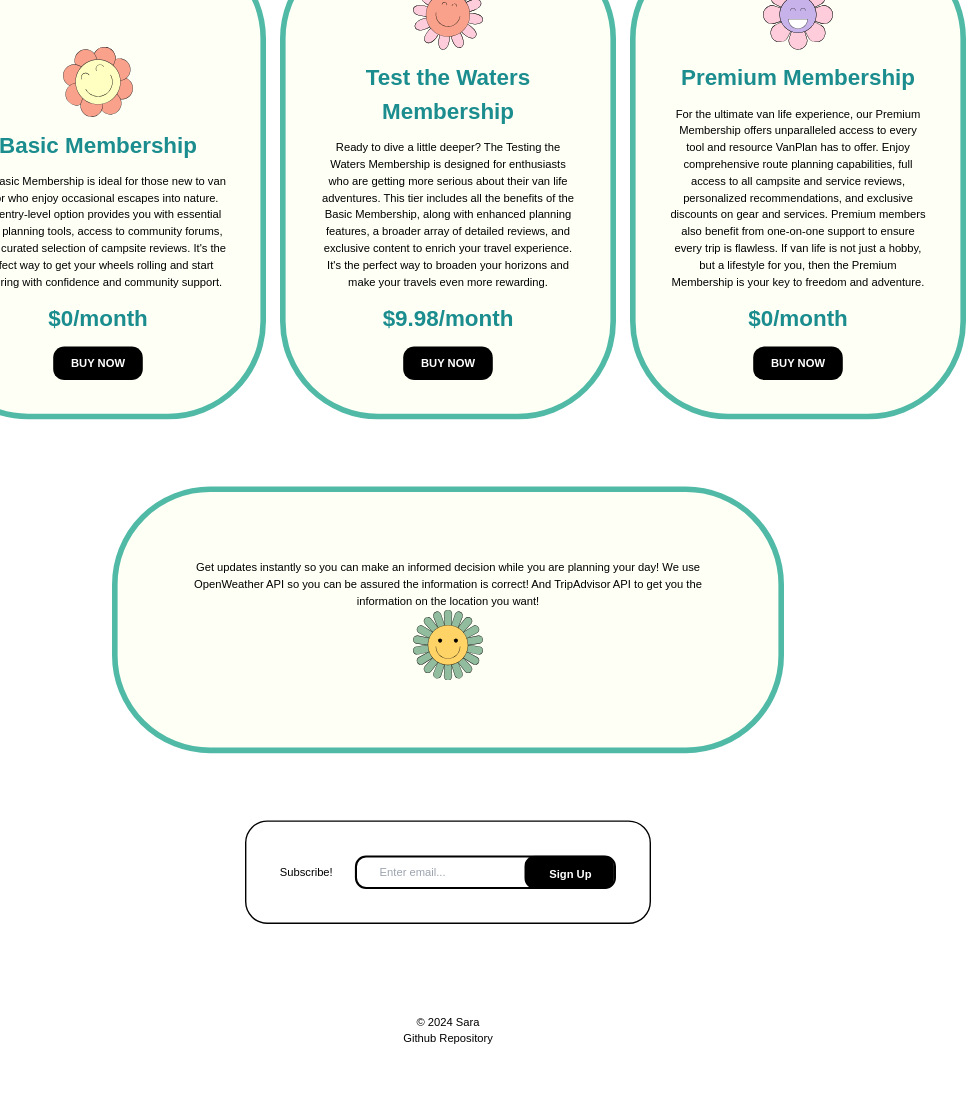
Repository: SaraShio/landing-page
Page: /
These files come from the project's save history. The page is drawn as it stood at one moment and after a run of saves; the edit follows.
The browser window is 1280 px wide. The page is 1380 px wide, so the pictures cover 1380 px, including what lies to the right of the window. The pictures show the part of the page from y = 960 to 2720 px (the page is 2552 px tall before and 2720 px after), at 70% of full size.
The project was rebuilt for these pictures with package versions that can differ from the ones it lists, and the page was loaded fresh each time. The framework's server and built-in components were replaced by stand-ins that run in the browser. Also part of the build but not shown: next.config.mjs.

Above is the page before, as saved 2024-03-08 22:20:49.

After the next 5 saves:
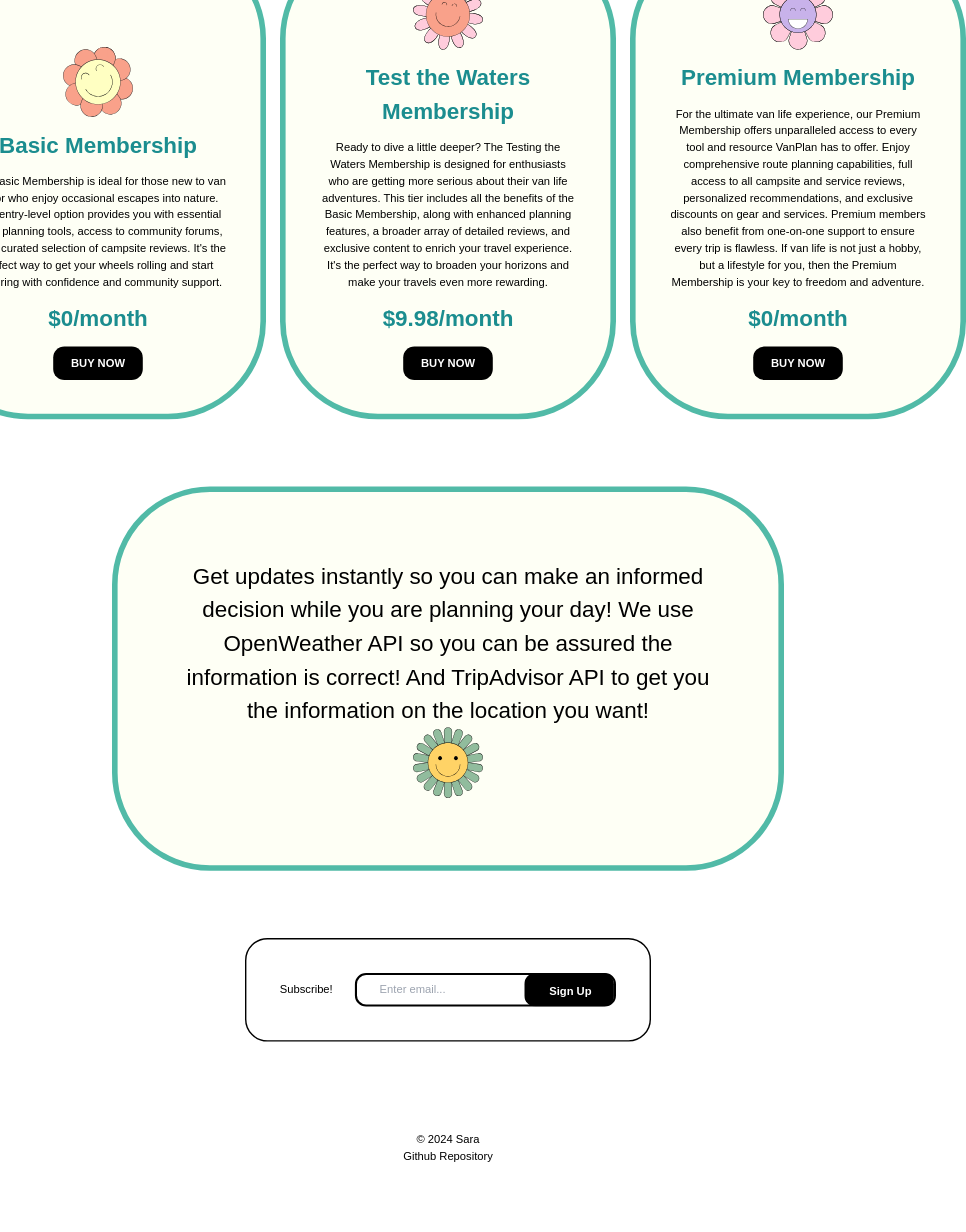
The 5 saves are shown as one change because they came seconds apart.
The last was saved 25 s later.
--- a/components/SubBanner/SubBanner.module.css
+++ b/components/SubBanner/SubBanner.module.css
@@ -8,6 +8,8 @@
     flex-direction: column;
     justify-content: center;
     align-items: center;
-    text-align: center;    margin-top: 6rem;
+    text-align: center;
+    font-size: 2rem;
+    margin-top: 6rem;
     margin-bottom: 6rem;
 }
